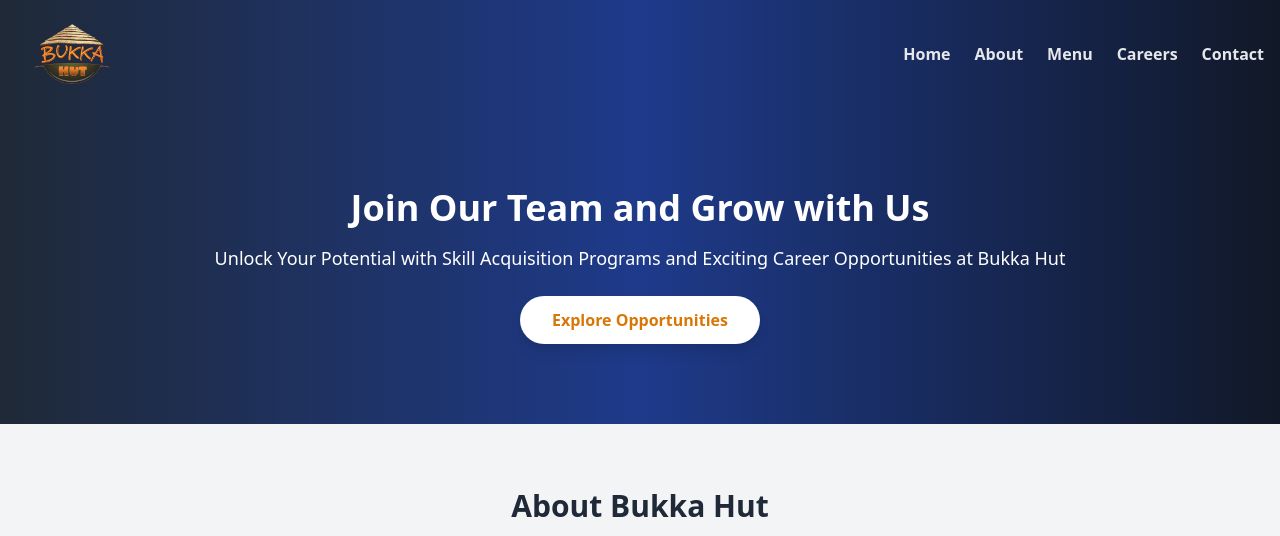
Repository: countaustin1990/BUKKAHUT
Page: Careers.html
The author's editor kept a copy of each file at every save. The page is drawn from the files as they stood at one save, then again after the next save.
The browser window is 1280 px wide. The pictures show the part of the page from y = 0 to 536 px (the page is 2630 px tall).
A picture or video elsewhere on the page could not be fetched, so the positions and the page height are approximate. Some web libraries are served in a nearby version.

Above is the page before, as saved 2024-08-27 18:18:39.

After the next save:
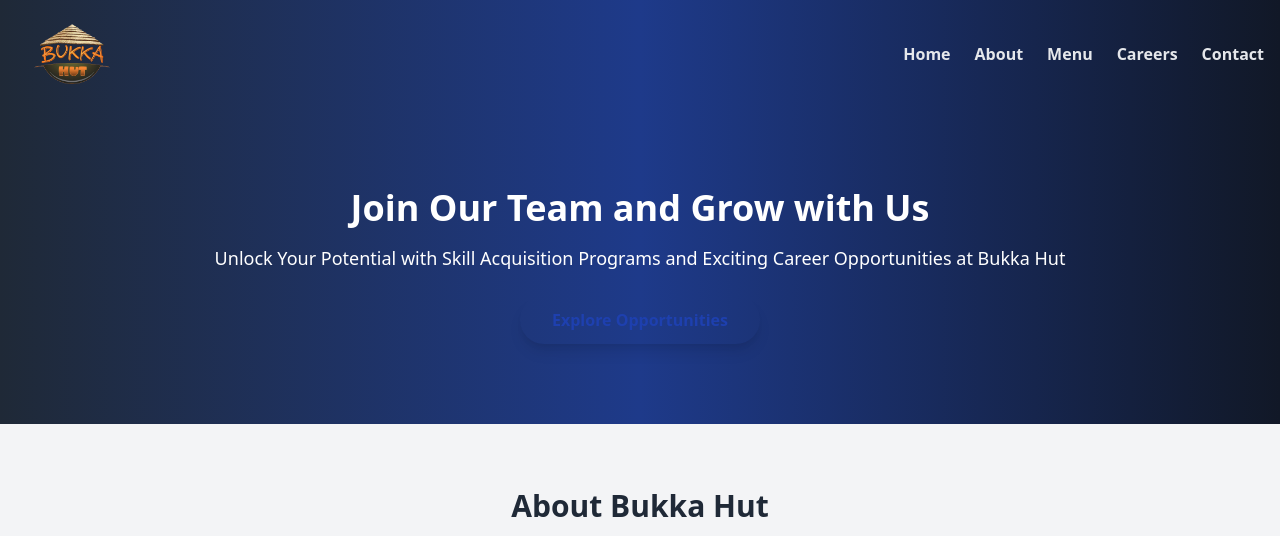
Saved 38 s later.
--- a/Careers.html
+++ b/Careers.html
@@ -47,7 +47,7 @@
         <div class="container mx-auto text-center">
             <h1 class="text-4xl font-bold">Join Our Team and Grow with Us</h1>
             <p class="mt-4 text-lg">Unlock Your Potential with Skill Acquisition Programs and Exciting Career Opportunities at Bukka Hut</p>
-            <a href="#job-openings" class="mt-6 inline-block bg-white text-yellow-600 px-8 py-3 rounded-full font-semibold shadow-lg">Explore Opportunities</a>
+            <a href="#job-openings" class="mt-6 inline-block bg-orange-700 text-blue-800 px-8 py-3 rounded-full font-semibold shadow-lg">Explore Opportunities</a>
         </div>
 
     </section>
